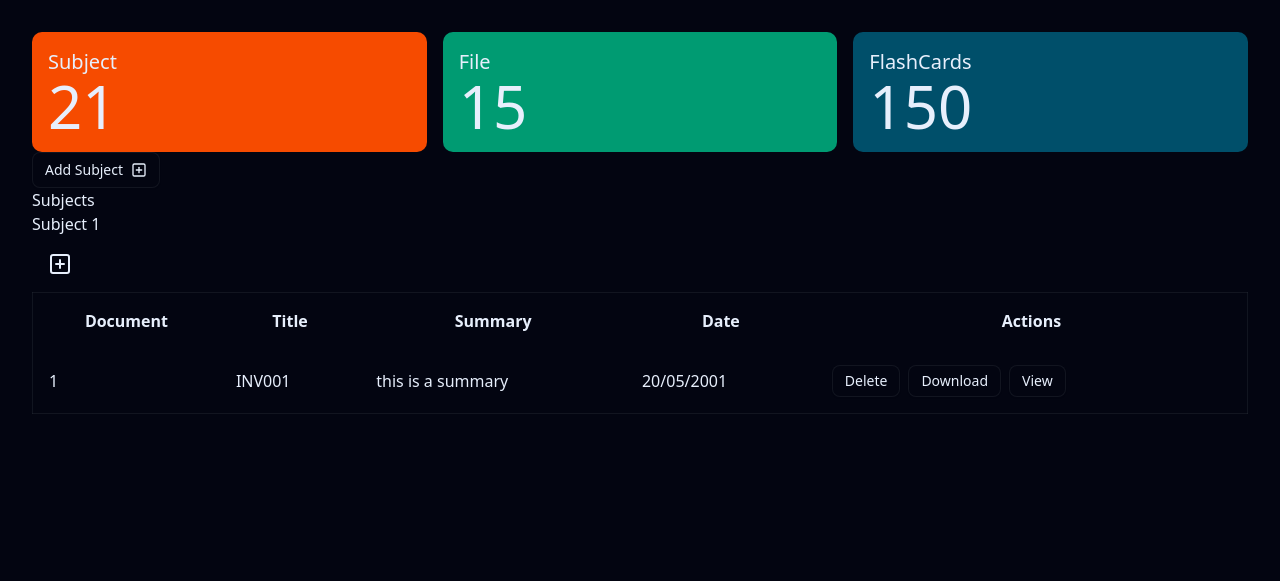
Repository: SywarDer/Student-Assistance
Page: /dashboard (app in student-assistant/)
The author's editor kept a copy of each file at every save. The page is drawn from the files as they stood at one save, then again after a run of saves.
The browser window is 1280 px wide. The pictures show the whole page.
The project was rebuilt for these pictures with package versions that can differ from the ones it lists, and the page was loaded fresh each time. The framework's server and built-in components were replaced by stand-ins that run in the browser. Also part of the build but not shown: student-assistant/next.config.ts, student-assistant/components/ui/input.tsx.

Above is the page before, as saved 2025-10-30 20:41:57.

### student-assistant/app/layout.tsx
import type { Metadata } from "next";
import { Geist, Geist_Mono } from "next/font/google";
import "./globals.css";
import { SidebarProvider, SidebarTrigger } from "@/components/ui/sidebar";


const geistSans = Geist({
  variable: "--font-geist-sans",
  subsets: ["latin"],
});

const geistMono = Geist_Mono({
  variable: "--font-geist-mono",
  subsets: ["latin"],
});

export const metadata: Metadata = {
  title: "Create Next App",
  description: "Generated by create next app",
};

export default function RootLayout({
children,
}: Readonly<{
  children: React.ReactNode;
}>) {
  return (
    <html lang="en">
      <body
        className={`${geistSans.variable} ${geistMono.variable} antialiased`}
      >


        {children}

      </body>
    </html>
  );
}

### student-assistant/app/dashboard/page.tsx
import { Button } from "@/components/ui/button";
import { Input } from "@/components/ui/input";
import { TableCaption, TableHeader, TableRow, TableHead, TableBody, TableCell, TableFooter } from "@/components/ui/table";
import { Popover, PopoverTrigger, PopoverContent } from "@radix-ui/react-popover";
import { PlusSquare, Table } from "lucide-react";
import { Label } from "recharts";

export default function Dashboard() {
    const documents = [
        {
            id:"1",
            title: "INV001",
            date: "20/05/2001",
            summary: "this is a summary",
            actions: <div className="flex">
                <Button variant="outline" size="sm" className="mr-2">Delete</Button>
                <Button variant="outline" size="sm" className="mr-2">Download</Button>
                <Button variant="outline" size="sm">View</Button>
            </div>,
        }
    ]
    return (

        <div className="m-8">
            {/*Dashboard Cards*/}
            <div className="flex space-x-4 justify-between w-full">
                <div className="rounded-lg p-4 w-1/3" style={{
                    backgroundColor: "var(--chart-1)",
                    color: "var(--card-foreground)",
                }}>
                    <h1 className="text-xl">Subject</h1>
                    <h1 className="text-6xl">21</h1>
                </div>
                <div className="rounded-lg p-4 w-1/3" style={{
                    backgroundColor: "var(--chart-2)",
                    color: "var(--card-foreground)",
                }}>
                    <h1 className="text-xl">File</h1>
                    <h1 className="text-6xl">15</h1>
                </div>
                <div className="rounded-lg p-4 w-1/3" style={{
                    backgroundColor: "var(--chart-3)",
                    color: "var(--card-foreground)",
                }}>
                    <h1 className="text-xl">FlashCards</h1>
                    <h1 className="text-6xl">150</h1>
                </div>
            </div>

            {/* Button new subject */}
            <Popover>
                <PopoverTrigger asChild>
                    <Button variant="outline">Add Subject <PlusSquare /></Button>
                </PopoverTrigger>
                <PopoverContent className="w-80">
                    <div className="grid gap-4">
                        <div className="space-y-2">
                            <h4 className="leading-none font-medium">Subject</h4>
                            <p className="text-muted-foreground text-sm">
                                Set the details for the subject.
                            </p>
                        </div>
                        <div className="grid gap-2 ">
                            <div className="grid grid-cols-3 items-center gap-4">
                                <h1>Title</h1>
                                <Input
                                    id="width"
                                    defaultValue="100%"
                                    className="col-span-2 h-8"
                                />
                            </div>
                            <div className="grid grid-cols-3 items-center gap-4">
                                <h1>Summary</h1>
                                <Input
                                    id="maxWidth"
                                    defaultValue="300px"
                                    className="col-span-2 h-8"
                                />
                            </div>
                            <Button className="mt-4">Create Subject</Button>
                        </div>
                    </div>
                </PopoverContent>
            </Popover>

            {/** List of subjects */}

            <h1>Subjects</h1>

            <h1>Subject 1</h1>
            <table className="min-w-full border">
                <caption className="text-left font-medium p-4"><PlusSquare/></caption>
                <thead className="gap-4">
                    <tr>
                        <th className="p-4">Document</th>
                        <th className="p-4">Title</th>
                        <th className="p-4">Summary</th>
                        <th className="p-4">Date</th>
                        <th className="p-4">Actions</th>
                    </tr>
                </thead>
                <tbody>
                    {documents.map((doc) => (
                        <tr key={doc.id}>
                            <td className="p-4">{doc.id}</td>
                            <td className="p-4">{doc.title}</td>
                            <td className="p-4">{doc.summary}</td>
                            <td className="p-4">{doc.date}</td>
                            <td className="p-4">{doc.actions}</td>
                        </tr>
                    ))}
                </tbody>
            </table>

        </div>

    )
}

### student-assistant/app/globals.css
@import "tailwindcss";
@import "tw-animate-css";

@custom-variant dark (&:is(.dark *));

@theme inline {
  --color-background: var(--background);
  --color-foreground: var(--foreground);
  --font-sans: var(--font-geist-sans);
  --font-mono: var(--font-geist-mono);
  --color-sidebar-ring: var(--sidebar-ring);
  --color-sidebar-border: var(--sidebar-border);
  --color-sidebar-accent-foreground: var(--sidebar-accent-foreground);
  --color-sidebar-accent: var(--sidebar-accent);
  --color-sidebar-primary-foreground: var(--sidebar-primary-foreground);
  --color-sidebar-primary: var(--sidebar-primary);
  --color-sidebar-foreground: var(--sidebar-foreground);
  --color-sidebar: var(--sidebar);
  --color-chart-5: var(--chart-5);
  --color-chart-4: var(--chart-4);
  --color-chart-3: var(--chart-3);
  --color-chart-2: var(--chart-2);
  --color-chart-1: var(--chart-1);
  --color-ring: var(--ring);
  --color-input: var(--input);
  --color-border: var(--border);
  --color-destructive: var(--destructive);
  --color-accent-foreground: var(--accent-foreground);
  --color-accent: var(--accent);
  --color-muted-foreground: var(--muted-foreground);
  --color-muted: var(--muted);
  --color-secondary-foreground: var(--secondary-foreground);
  --color-secondary: var(--secondary);
  --color-primary-foreground: var(--primary-foreground);
  --color-primary: var(--primary);
  --color-popover-foreground: var(--popover-foreground);
  --color-popover: var(--popover);
  --color-card-foreground: var(--card-foreground);
  --color-card: var(--card);
  --radius-sm: calc(var(--radius) - 4px);
  --radius-md: calc(var(--radius) - 2px);
  --radius-lg: var(--radius);
  --radius-xl: calc(var(--radius) + 4px);
}

:root {
  --radius: 0.625rem;

  /* Base dark background & text */
  --background: oklch(0.12 0.03 270);        /* Dark gray-blue */
  --foreground: oklch(0.95 0.02 260);        /* Soft white */

  /* Cards & popovers */
  --card: oklch(0.18 0.04 270);              /* Slightly lighter than background */
  --card-foreground: var(--foreground);
  --popover: oklch(0.18 0.04 270);
  --popover-foreground: var(--foreground);

  /* Primary & secondary */
  --primary: oklch(0.6 0.12 260);            /* Deep blue */
  --primary-foreground: var(--foreground);
  --secondary: oklch(0.45 0.08 280);         /* Soft purple */
  --secondary-foreground: var(--foreground);

  /* Muted & accents */
  --muted: oklch(0.2 0.03 270);
  --muted-foreground: oklch(0.7 0.02 260);
  --accent: oklch(0.65 0.15 350);            /* Magenta/pinkish accent */
  --accent-foreground: var(--foreground);

  /* Destructive actions */
  --destructive: oklch(0.6 0.25 30);         /* Dark red */
  --border: oklch(0.3 0.02 270 / 40%);
  --input: oklch(0.15 0.03 270);             /* Slightly darker than card */
  --ring: oklch(0.5 0.03 270);

  /* Charts */
  --chart-1: oklch(0.65 0.22 40);
  --chart-2: oklch(0.6 0.15 170);
  --chart-3: oklch(0.4 0.08 230);
  --chart-4: oklch(0.6 0.18 300);
  --chart-5: oklch(0.55 0.2 50);

  /* Sidebar */
  --sidebar: oklch(0.18 0.04 270);
  --sidebar-foreground: var(--foreground);
  --sidebar-primary: var(--primary);
  --sidebar-primary-foreground: var(--foreground);
  --sidebar-accent: var(--accent);
  --sidebar-accent-foreground: var(--foreground);
  --sidebar-border: oklch(0.3 0.02 270 / 40%);
  --sidebar-ring: oklch(0.5 0.03 270);
}

/* Optional light mode toggle */
.light {
  --background: oklch(0.98 0.02 260);       /* Light gray */
  --foreground: oklch(0.12 0.03 270);       /* Dark text */

  --card: oklch(0.99 0.03 260);
  --card-foreground: var(--foreground);
  --popover: oklch(0.99 0.03 260);
  --popover-foreground: var(--foreground);

  --primary: oklch(0.2 0.05 260);
  --primary-foreground: var(--foreground);
  --secondary: oklch(0.5 0.1 280);
  --secondary-foreground: var(--foreground);

  --muted: oklch(0.85 0.03 270);
  --muted-foreground: oklch(0.35 0.02 260);
  --accent: oklch(0.8 0.2 350);
  --accent-foreground: var(--foreground);

  --destructive: oklch(0.9 0.25 30);
  --border: oklch(0.8 0.02 270 / 30%);
  --input: oklch(0.95 0.03 260);
  --ring: oklch(0.7 0.03 270);

  --chart-1: oklch(0.65 0.22 40);
  --chart-2: oklch(0.6 0.15 170);
  --chart-3: oklch(0.4 0.08 230);
  --chart-4: oklch(0.6 0.18 300);
  --chart-5: oklch(0.55 0.2 50);

  --sidebar: oklch(0.95 0.03 260);
  --sidebar-foreground: var(--foreground);
  --sidebar-primary: var(--primary);
  --sidebar-primary-foreground: var(--foreground);
  --sidebar-accent: var(--accent);
  --sidebar-accent-foreground: var(--foreground);
  --sidebar-border: oklch(0.8 0.02 270 / 30%);
  --sidebar-ring: oklch(0.7 0.03 270);
}



@layer base {
  * {
    @apply border-border outline-ring/50;
  }
  body {
    @apply bg-background text-foreground;
  }
}

### student-assistant/components/ui/button.tsx
import * as React from "react"
import { Slot } from "@radix-ui/react-slot"
import { cva, type VariantProps } from "class-variance-authority"

import { cn } from "@/lib/utils"

const buttonVariants = cva(
  "inline-flex items-center justify-center gap-2 whitespace-nowrap rounded-md text-sm font-medium transition-all disabled:pointer-events-none disabled:opacity-50 [&_svg]:pointer-events-none [&_svg:not([class*='size-'])]:size-4 shrink-0 [&_svg]:shrink-0 outline-none focus-visible:border-ring focus-visible:ring-ring/50 focus-visible:ring-[3px] aria-invalid:ring-destructive/20 dark:aria-invalid:ring-destructive/40 aria-invalid:border-destructive",
  {
    variants: {
      variant: {
        default: "bg-primary text-primary-foreground hover:bg-primary/90",
        destructive:
          "bg-destructive text-white hover:bg-destructive/90 focus-visible:ring-destructive/20 dark:focus-visible:ring-destructive/40 dark:bg-destructive/60",
        outline:
          "border bg-background shadow-xs hover:bg-accent hover:text-accent-foreground dark:bg-input/30 dark:border-input dark:hover:bg-input/50",
        secondary:
          "bg-secondary text-secondary-foreground hover:bg-secondary/80",
        ghost:
          "hover:bg-accent hover:text-accent-foreground dark:hover:bg-accent/50",
        link: "text-primary underline-offset-4 hover:underline",
      },
      size: {
        default: "h-9 px-4 py-2 has-[>svg]:px-3",
        sm: "h-8 rounded-md gap-1.5 px-3 has-[>svg]:px-2.5",
        lg: "h-10 rounded-md px-6 has-[>svg]:px-4",
        icon: "size-9",
        "icon-sm": "size-8",
        "icon-lg": "size-10",
      },
    },
    defaultVariants: {
      variant: "default",
      size: "default",
    },
  }
)

function Button({
  className,
  variant,
  size,
  asChild = false,
  ...props
}: React.ComponentProps<"button"> &
  VariantProps<typeof buttonVariants> & {
    asChild?: boolean
  }) {
  const Comp = asChild ? Slot : "button"

  return (
    <Comp
      data-slot="button"
      className={cn(buttonVariants({ variant, size, className }))}
      {...props}
    />
  )
}

export { Button, buttonVariants }

Loaded but not shown: student-assistant/lib/utils.ts (common file)

After the next 2 saves:
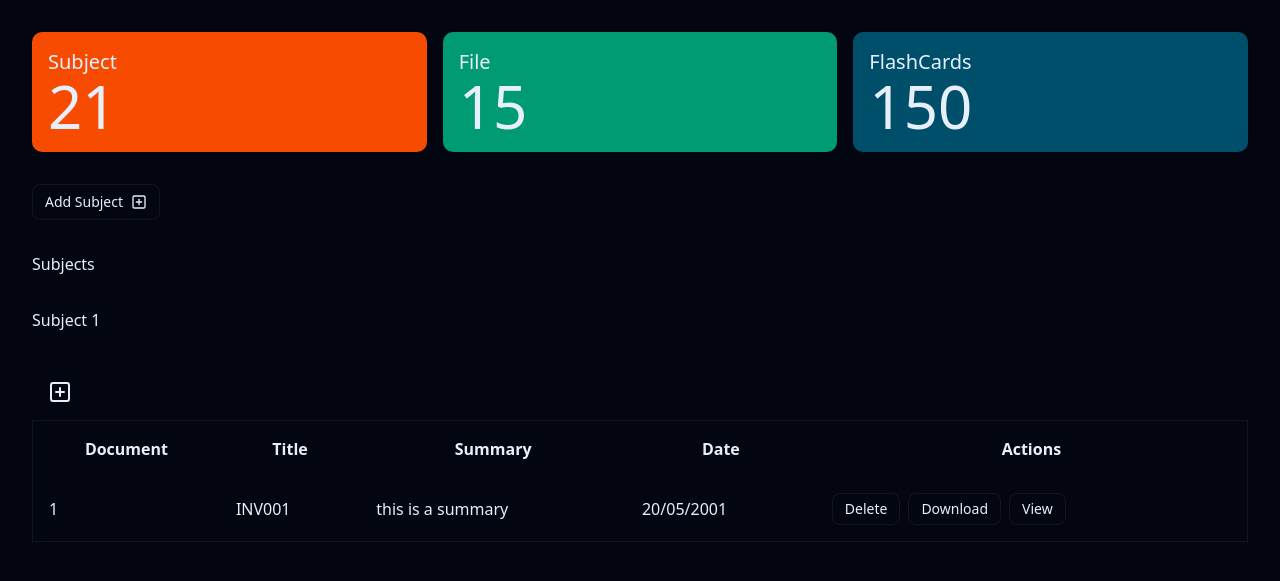
The 2 saves are shown as one change because they came seconds apart.
The last was saved 17 s later.
--- a/student-assistant/app/dashboard/page.tsx
+++ b/student-assistant/app/dashboard/page.tsx
@@ -21,7 +21,7 @@ export default function Dashboard() {
     ]
     return (
 
-        <div className="m-8">
+        <div className="m-8 space-y-8">
             {/*Dashboard Cards*/}
             <div className="flex space-x-4 justify-between w-full">
                 <div className="rounded-lg p-4 w-1/3" style={{
